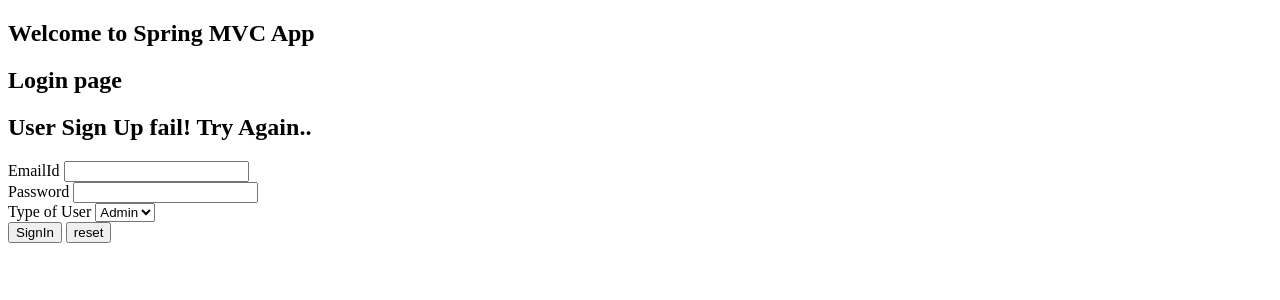
Repository: Prieena/cgi_java_training
Page: http://localhost/LoginApp_Assignment2/usersignupfail.jsp
These files come from the project's save history. The page is drawn as it stood at one moment and after the next save; the edit follows.
The browser window is 1280 px wide. The pictures show the whole page.
The page is served by Tomcat 9.

Above is the page before, as saved 2024-09-27 13:43:05.

After the next save:
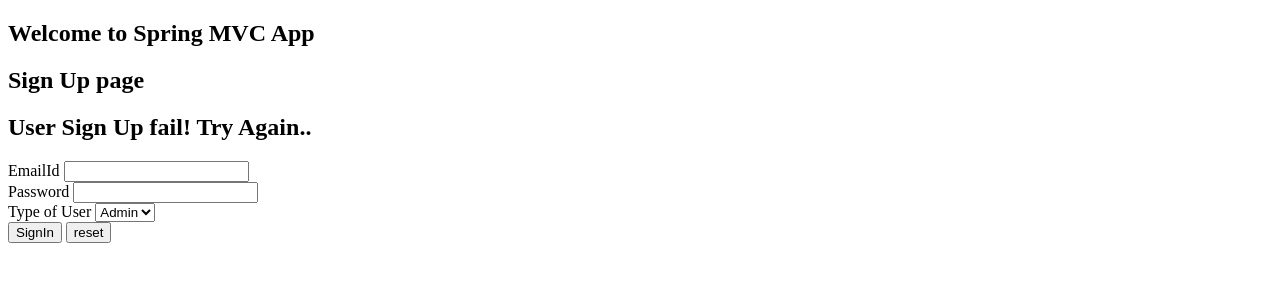
Saved 40 s later.
--- a/spring-mvc/LoginApp_Assignment2/src/main/webapp/usersignupfail.jsp
+++ b/spring-mvc/LoginApp_Assignment2/src/main/webapp/usersignupfail.jsp
@@ -8,9 +8,9 @@
 </head>
 <body>
 	<h2>Welcome to Spring MVC App </h2>
-	<h2>Login page</h2>
+	<h2>Sign Up page</h2>
 	<h2>User Sign Up fail! Try Again..</h2>
-	<form action="loginuser" method="post">
+	<form action="signupuser" method="post">
 	<label>EmailId</label>
 	<input type="email" name="emailid"/><br/>
 	<label>Password</label>
